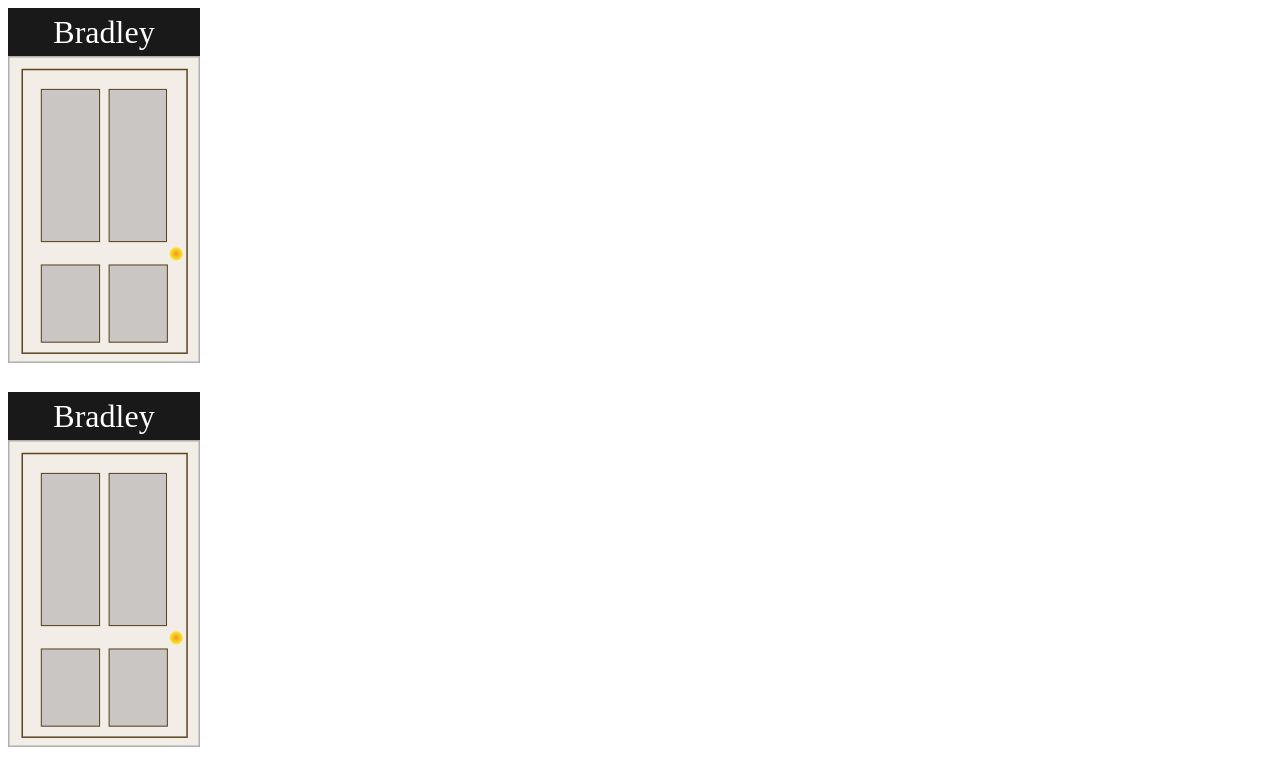
Repository: dnguyen130/HelpAHomieV3
Page: doors.html
The author's editor kept a copy of each file at every save. The page is drawn from the files as they stood at one save, then again after a run of saves.
The browser window is 1280 px wide. The pictures show the whole page.

Above is the page before, as saved 2021-03-10 19:11:40.

After the next 2 saves:
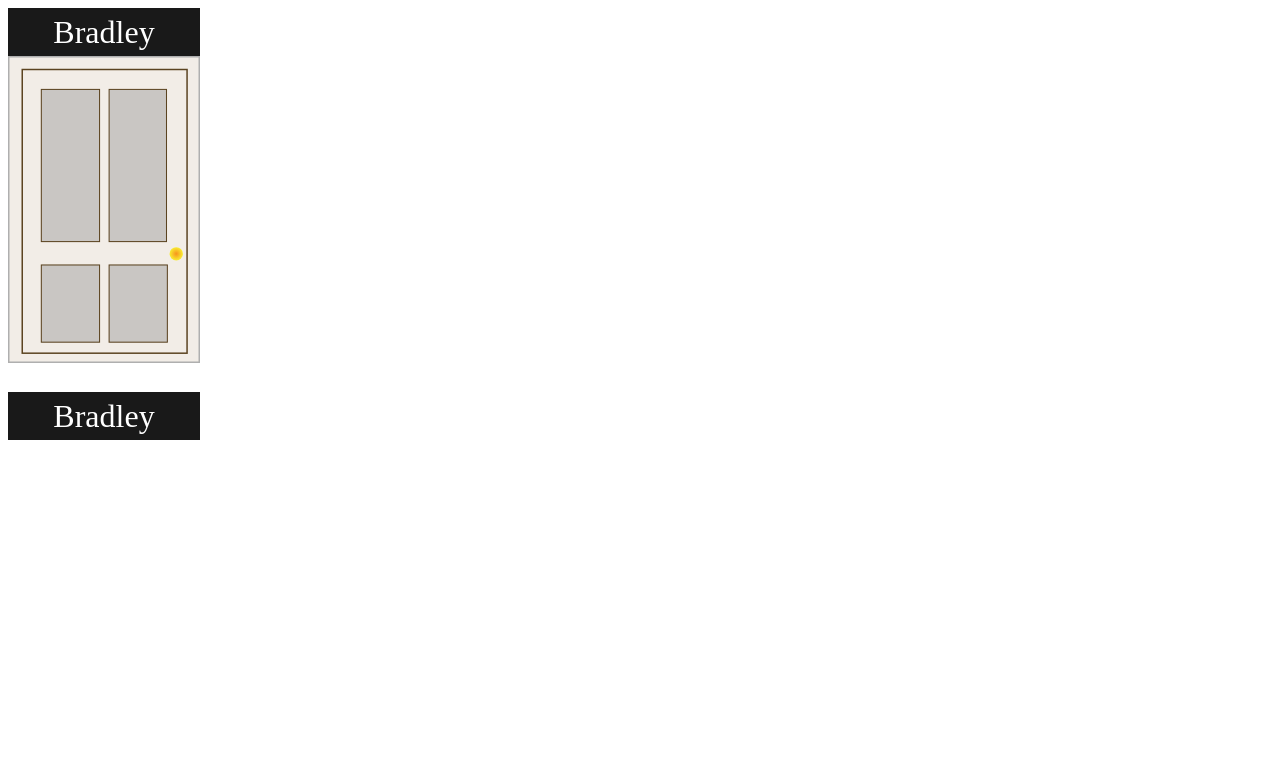
The 2 saves are shown as one change because they came seconds apart.
The last was saved 6 min 21 s later.
--- a/workflow.js
+++ b/workflow.js
@@ -1,2 +1,2 @@
 document.querySelector(".doortest").innerHTML += DoorUI();
-document.querySelector(".doortest").innerHTML += DoorUI("images/doorclosed.svg", );
+document.querySelector(".doortest").innerHTML += DoorUI("", "" );
